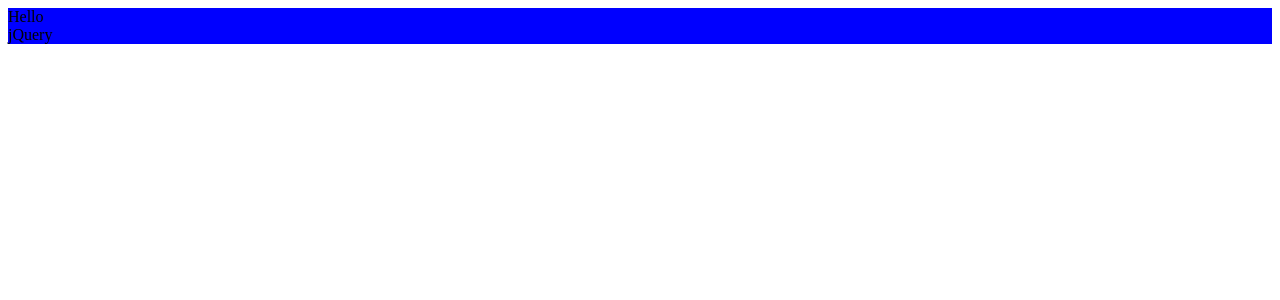
Repository: Peacepapi/1702Java
Page: jquery/WebContent/index.html
An editor plug-in stored every save of this project. The page is shown before and after the next save, followed by the edit.
The browser window is 1280 px wide. The pictures show the whole page.
Some web libraries are served in a nearby version.

Above is the page before, as saved 2017-03-08 14:28:10.

### jquery/WebContent/index.html
<!DOCTYPE html>
<html>
<head>
<meta charset="ISO-8859-1">
<title>Hello jQuery</title>
<script src="https://ajax.googleapis.com/ajax/libs/jquery/3.1.1/jquery.min.js"></script>
</head>
<body>
<div id="dan" class="pickles"> Hello </div>
<div class="pickles"> jQuery </div>
</body>
<script type="text/javascript">
$(document).ready(function() { // DOMContentLoaded
	$('div').css('backgroundColor', 'blue');
});
</script>
</html>

After the next save:
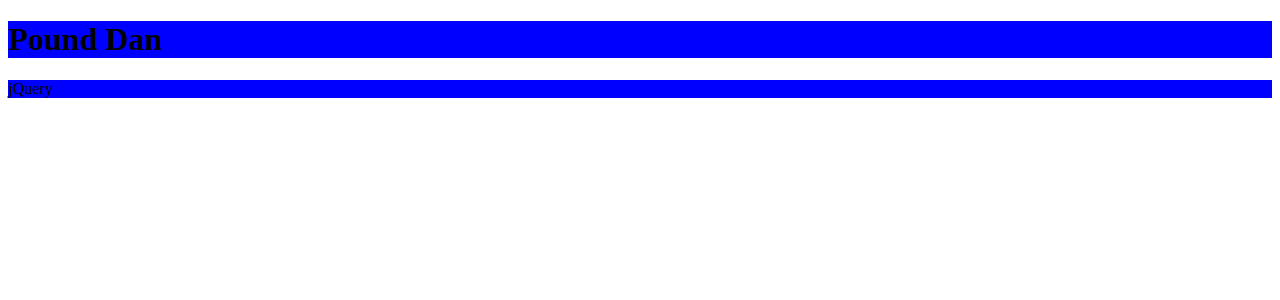
Saved 2 min 38 s later.
--- a/jquery/WebContent/index.html
+++ b/jquery/WebContent/index.html
@@ -11,7 +11,8 @@
 </body>
 <script type="text/javascript">
 $(document).ready(function() { // DOMContentLoaded
-	$('div').css('backgroundColor', 'blue');
+	$('div').css('backgroundColor', 'blue'); // change css prop
+	$('#dan').html('<h1>Pound Dan</h1>'); //innerHTML
 });
 </script>
 </html>

After the save that followed:
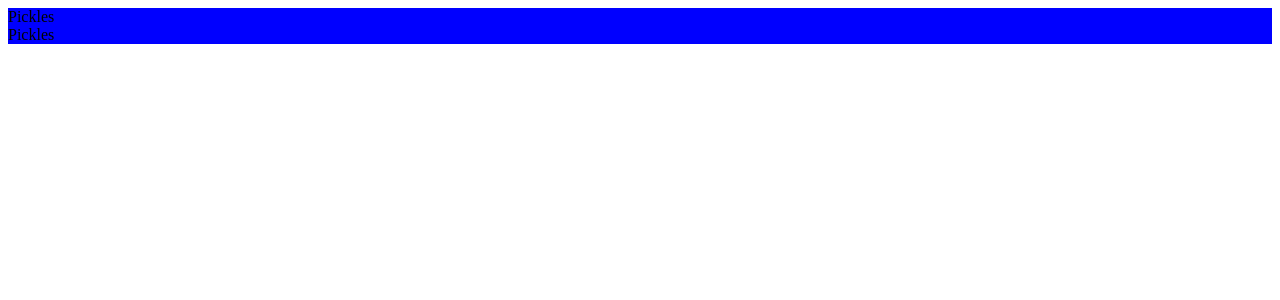
Saved 74 s later.
--- a/jquery/WebContent/index.html
+++ b/jquery/WebContent/index.html
@@ -13,6 +13,7 @@
 $(document).ready(function() { // DOMContentLoaded
 	$('div').css('backgroundColor', 'blue'); // change css prop
 	$('#dan').html('<h1>Pound Dan</h1>'); //innerHTML
+	$('.pickles').text('Pickles');
 });
 </script>
 </html>
